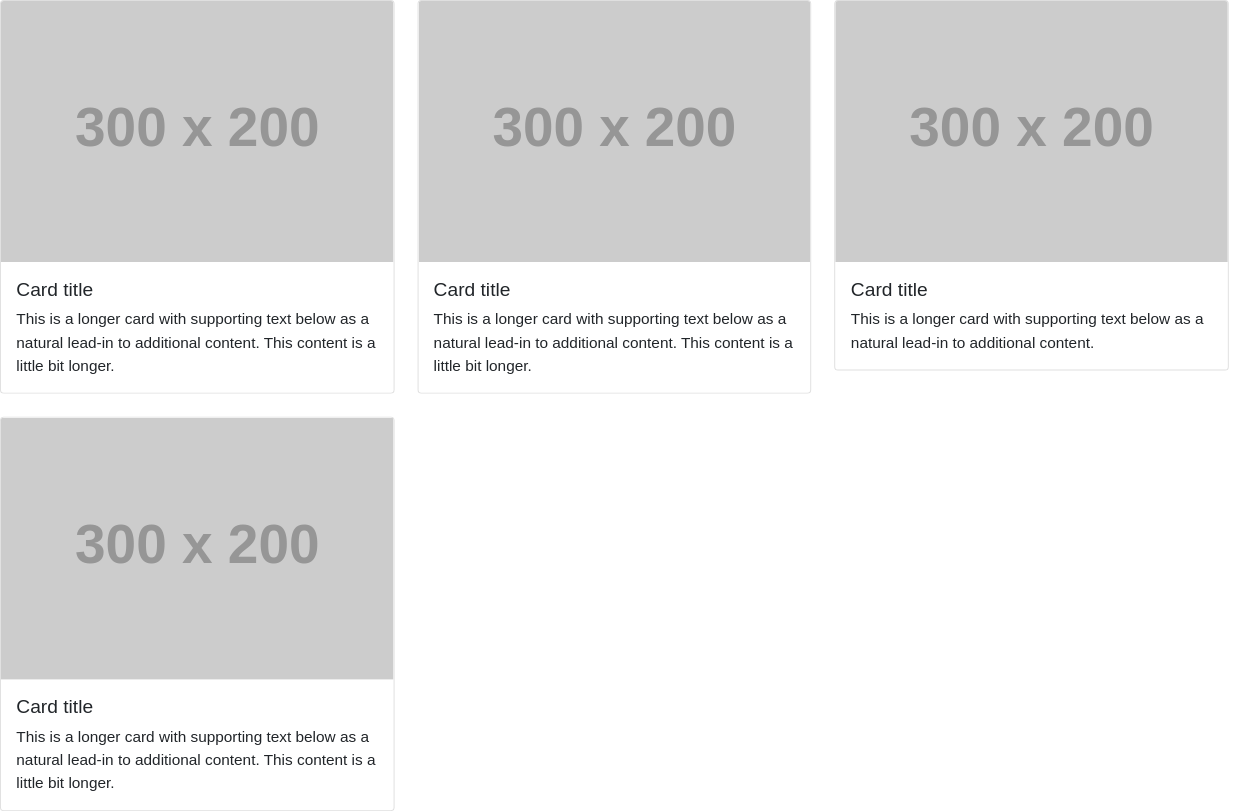
Repository: sinayaka-body/sparta
Page: frontend/bootstrap.html
An editor plug-in stored every save of this project. The page is shown before and after the next save, followed by the edit.
The browser window is 1280 px wide. The page is 1292 px wide, so the pictures cover 1292 px, including what lies to the right of the window. The pictures show the part of the page from y = 250 to 1237 px (the page is 1095 px tall before and 1237 px after), at 96% of full size.
Some web fonts or font styles are not loaded; a fallback is used.

Above is the page before, as saved 2023-04-15 16:25:38.

### frontend/bootstrap.html
<!DOCTYPE html>
<html lang="en">
  <head>
    <meta charset="utf-8" />
    <meta name="viewport" content="width=device-width, initial-scale=1, shrink-to-fit=no" />

    <link href="https://cdn.jsdelivr.net/npm/bootstrap@5.0.2/dist/css/bootstrap.min.css" rel="stylesheet" integrity="sha384-EVSTQN3/azprG1Anm3QDgpJLIm9Nao0Yz1ztcQTwFspd3yD65VohhpuuCOmLASjC" crossorigin="anonymous" />
    <script src="https://ajax.googleapis.com/ajax/libs/jquery/3.5.1/jquery.min.js"></script>
    <script src="https://cdn.jsdelivr.net/npm/bootstrap@5.0.2/dist/js/bootstrap.bundle.min.js" integrity="sha384-MrcW6ZMFYlzcLA8Nl+NtUVF0sA7MsXsP1UyJoMp4YLEuNSfAP+JcXn/tWtIaxVXM" crossorigin="anonymous"></script>

    <title>Spartapedia</title>

    <style>
      @import url("https://fonts.googleapis.com/css2?family=Gowun+Dodum&display=swap");

      * {
        font-family: "Hahmlet", sans-serif;
      }

      .mytitle {
        width: 100%;
        height: 250px;

        background-image: linear-gradient(0deg, rgba(0, 0, 0, 0.5), rgba(0, 0, 0, 0.5)), url("https://movie-phinf.pstatic.net/20210715_95/1626338192428gTnJl_JPEG/movie_image.jpg");
        background-position: center;
        background-size: cover;

        color: white;

        display: flex;
        flex-direction: column;
        align-items: center;
        justify-content: center;
      }

      .mytitle > button {
        width: 200px;
        height: 50px;

        background-color: transparent;
        color: white;

        border-radius: 50px;
        border: 1px solid white;

        margin-top: 10px;
      }

      .mytitle > button:hover {
        border: 2px solid white;
      }
    </style>
  </head>

  <body>
    <div class="mytitle">
      <h1>My favorite movies</h1>
      <button>Save a new movie</button>
    </div>

    <div class="review_post">
      <div class="review_post_url"></div>
      <div class="review_post_comment"></div>
      <div class="review_post_btn"></div>
    </div>

    <div class="row row-cols-1 row-cols-md-3 g-4">
      <div class="col">
        <div class="card">
          <img src="https://placehold.jp/300x200.png" class="card-img-top" alt="..." />
          <div class="card-body">
            <h5 class="card-title">Card title</h5>
            <p class="card-text">This is a longer card with supporting text below as a natural lead-in to additional content. This content is a little bit longer.</p>
          </div>
        </div>
      </div>
      <div class="col">
        <div class="card">
          <img src="https://placehold.jp/300x200.png" class="card-img-top" alt="..." />
          <div class="card-body">
            <h5 class="card-title">Card title</h5>
            <p class="card-text">This is a longer card with supporting text below as a natural lead-in to additional content. This content is a little bit longer.</p>
          </div>
        </div>
      </div>
      <div class="col">
        <div class="card">
          <img src="https://placehold.jp/300x200.png" class="card-img-top" alt="..." />
          <div class="card-body">
            <h5 class="card-title">Card title</h5>
            <p class="card-text">This is a longer card with supporting text below as a natural lead-in to additional content.</p>
          </div>
        </div>
      </div>
      <div class="col">
        <div class="card">
          <img src="https://placehold.jp/300x200.png" class="card-img-top" alt="..." />
          <div class="card-body">
            <h5 class="card-title">Card title</h5>
            <p class="card-text">This is a longer card with supporting text below as a natural lead-in to additional content. This content is a little bit longer.</p>
          </div>
        </div>
      </div>
    </div>
  </body>
</html>

After the next save:
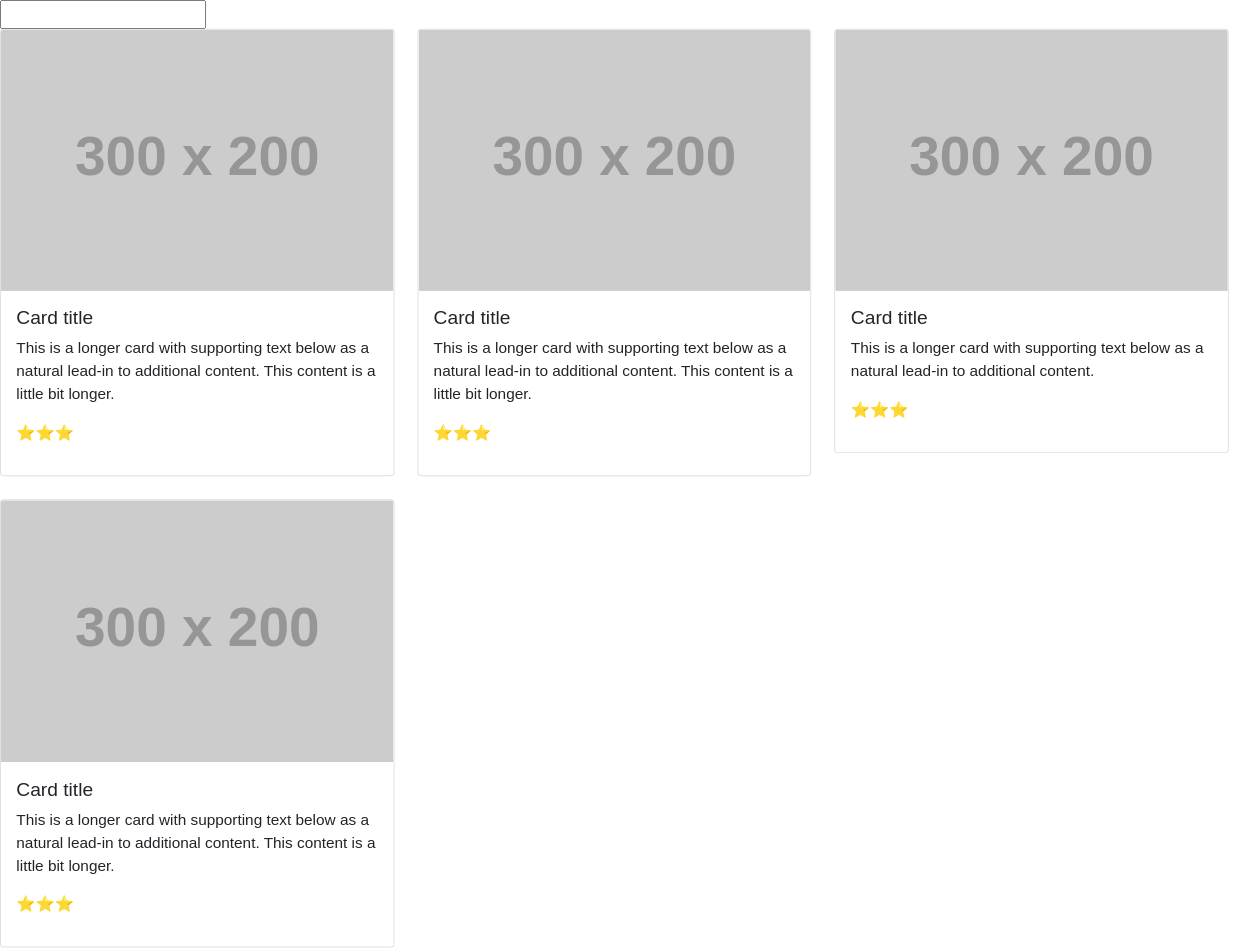
Saved 2 min 20 s later.
--- a/frontend/bootstrap.html
+++ b/frontend/bootstrap.html
@@ -59,7 +59,10 @@
     </div>
 
     <div class="review_post">
-      <div class="review_post_url"></div>
+      <div class="review_post_url">
+        <input type="email" />
+        <label for=""></label>
+      </div>
       <div class="review_post_comment"></div>
       <div class="review_post_btn"></div>
     </div>
@@ -71,6 +74,7 @@
           <div class="card-body">
             <h5 class="card-title">Card title</h5>
             <p class="card-text">This is a longer card with supporting text below as a natural lead-in to additional content. This content is a little bit longer.</p>
+            <p>⭐⭐⭐</p>
           </div>
         </div>
       </div>
@@ -80,6 +84,7 @@
           <div class="card-body">
             <h5 class="card-title">Card title</h5>
             <p class="card-text">This is a longer card with supporting text below as a natural lead-in to additional content. This content is a little bit longer.</p>
+            <p>⭐⭐⭐</p>
           </div>
         </div>
       </div>
@@ -89,6 +94,7 @@
           <div class="card-body">
             <h5 class="card-title">Card title</h5>
             <p class="card-text">This is a longer card with supporting text below as a natural lead-in to additional content.</p>
+            <p>⭐⭐⭐</p>
           </div>
         </div>
       </div>
@@ -98,6 +104,7 @@
           <div class="card-body">
             <h5 class="card-title">Card title</h5>
             <p class="card-text">This is a longer card with supporting text below as a natural lead-in to additional content. This content is a little bit longer.</p>
+            <p>⭐⭐⭐</p>
           </div>
         </div>
       </div>
